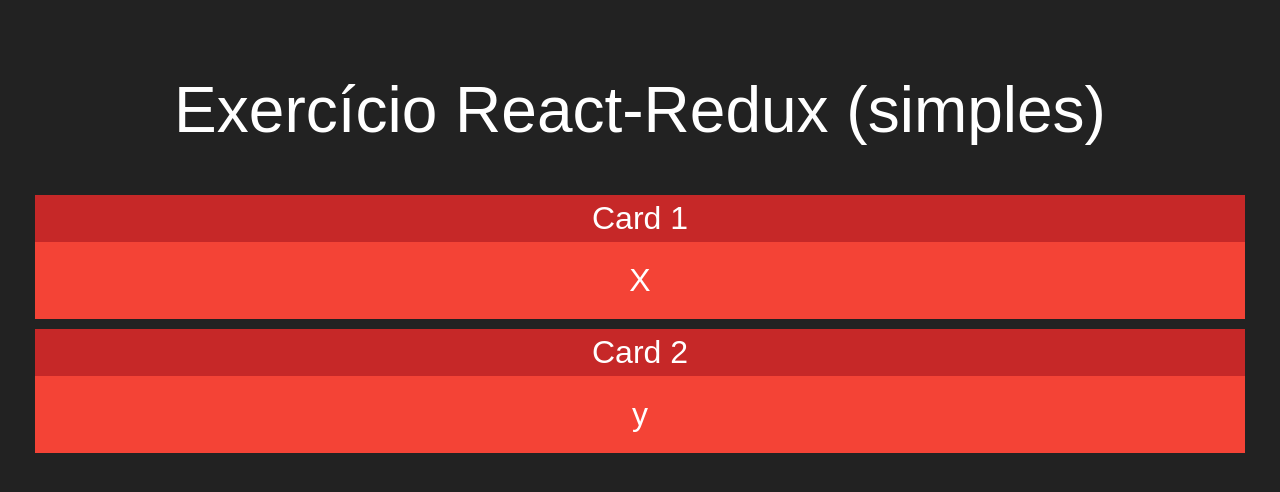
Repository: Henrique-Franca/Clear-Redux-Simples
Page: /
The author's editor kept a copy of each file at every save. The page is drawn from the files as they stood at one save, then again after the next save.
The browser window is 1280 px wide. The pictures show the whole page.
The project was rebuilt for these pictures with package versions that can differ from the ones it lists, and the page was loaded fresh each time.

Above is the page before, as saved 2022-11-22 07:32:39.

### src/index.css
body{
  background-color: #222;
  font-size: 2rem;
  font-family: Arial, Helvetica, sans-serif;
  color: #fff;
  margin: 30px;
}

### src/App.js
import './App.css';
import Card from './components/Card';
import React from 'react';

function App() {
  return (
    <div className="App">
      <h1>Exercício React-Redux (simples)</h1>

      <div className='linha'>
        <Card title="Card 1" red>
          X
        </Card>
      </div>
      <div className='linha'>
        <Card title="Card 2" red>
          y
        </Card>
      </div>

    </div>
  );
}

export default App;

### src/App.css
.App{
  display: flex;
  flex-direction: column;
  text-align: center;
}

h1{
  font-weight: 200;
}

.linha{
  display: flex;
}

### src/components/Card.jsx
import './Card.css'
import React from 'react'

function getColor(props){
    if(props.red) return "Red"
    if(props.blue) return "Blue"
    if(props.green) return "Green"
    if(props.purple) return "Purple"
    return ""
}

export default props=>{

    return (
        <div className={`Card ${getColor(props)}`}>

            <div className="Header">
                <span className='Title'>{props.title}</span>
            </div>
            <div className='Content'>
                {props.children}
            </div>

        </div>
    )

}

### src/components/Card.css
.Card {
    flex: 1;
    display: flex;
    flex-direction: column;
    margin: 5px;
}

.Card .Header {
    display: flex;
    justify-content: center;
}

.Card .Header .Title {
    flex: 1;
    padding: 5px;
}

.Card .Content {
    padding: 20px;
}

.Card.Red .Header { color: #FFF; background-color: #c62828; }
.Card.Red .Content { background-color: #f44336; }

.Card.Green .Header { color: #FFF; background-color: #2e7d32; }
.Card.Green .Content { background-color: #4caf50; }

.Card.Blue .Header { color: #FFF; background-color: #1565c0; }
.Card.Blue .Content { background-color: #2196f3; }

.Card.Purple .Header { color: #FFF; background-color: #6A1B9A; }
.Card.Purple .Content { background-color: #9c27b0; }

Loaded but not shown: public/index.html (common file); src/index.js (common file); src/reportWebVitals.js (common file)

After the next save:
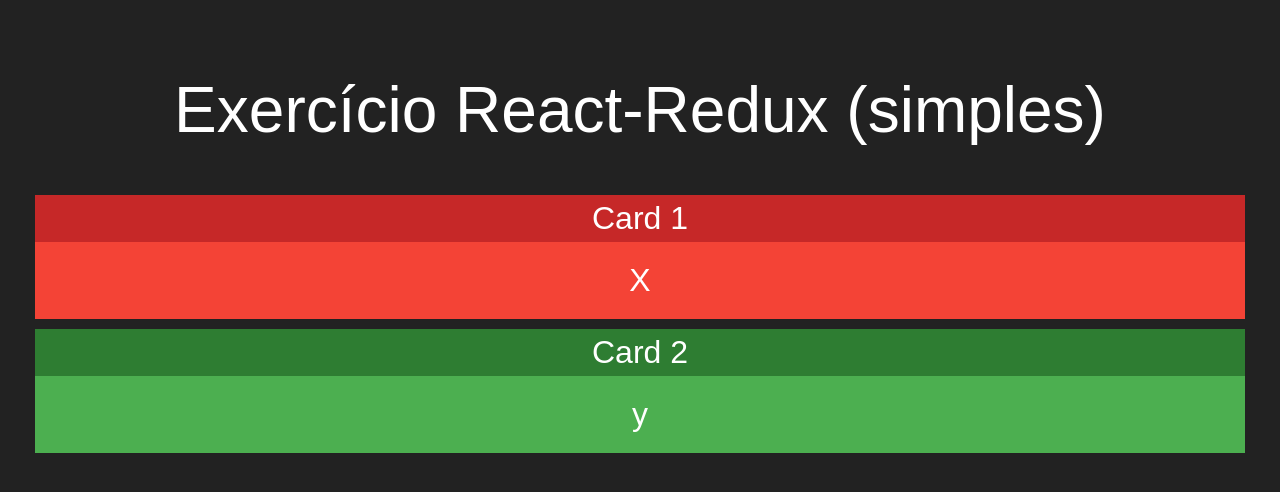
Saved 3 min 8 s later.
--- a/src/App.js
+++ b/src/App.js
@@ -13,7 +13,7 @@ function App() {
         </Card>
       </div>
       <div className='linha'>
-        <Card title="Card 2" red>
+        <Card title="Card 2" green>
           y
         </Card>
       </div>
